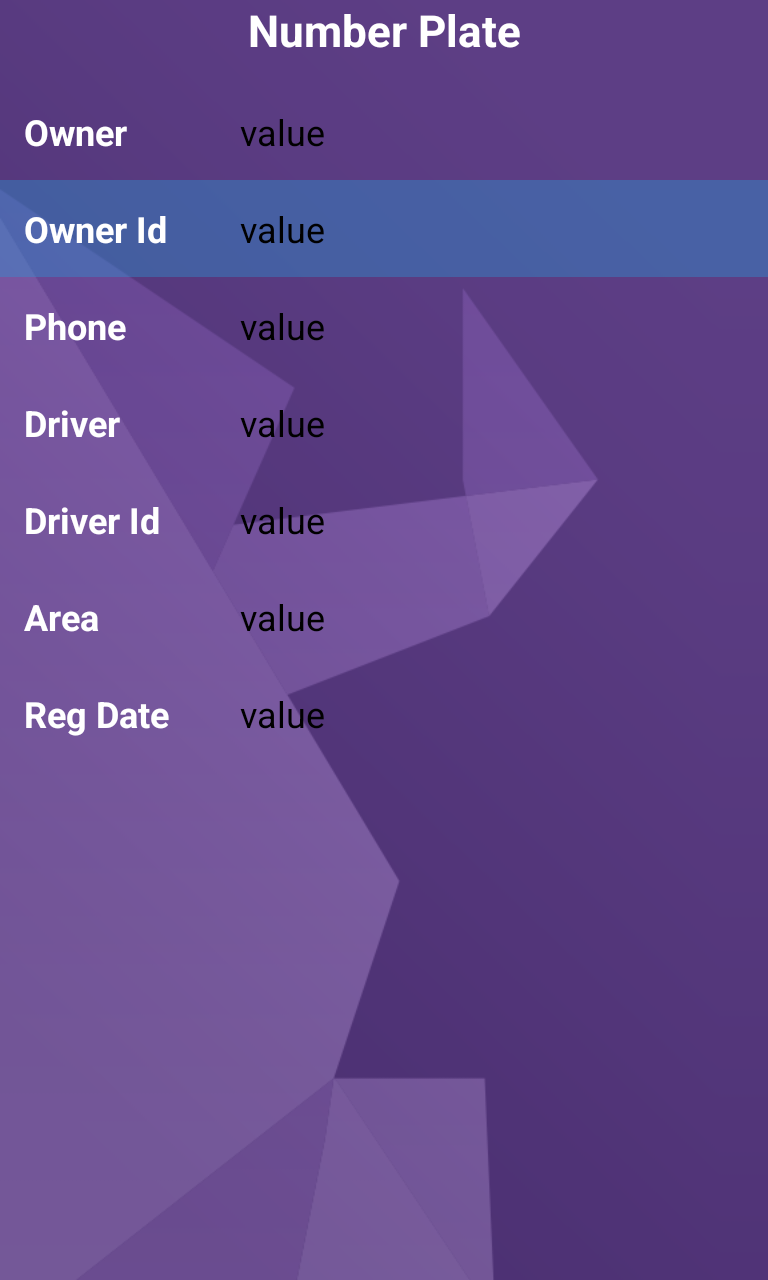
Repository: walteranyika/personal
Layout: PikiPiki/res/layout/activity_details.xml
These files come from the project's save history. The layout is drawn as it stood at one moment and after the next save; the edit follows.
It is drawn on a 768 x 1280 px phone screen (xhdpi) without system bars, with theme AppTheme; the app's code is not run.

Above is the layout before, as saved 2015-11-07 05:36:22.

After the next save:
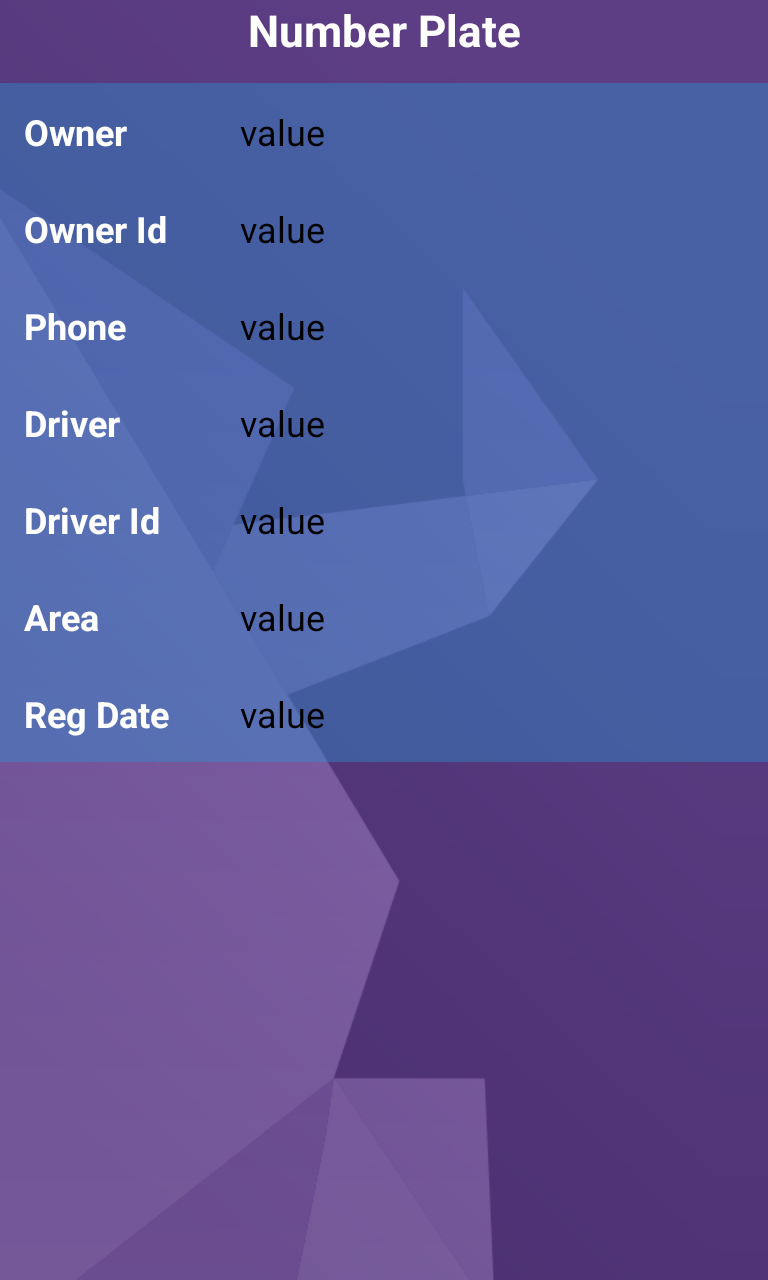
Saved 61 s later.
--- a/PikiPiki/res/layout/activity_details.xml
+++ b/PikiPiki/res/layout/activity_details.xml
@@ -58,6 +58,7 @@
     </LinearLayout>
 
     <LinearLayout
+         android:background="#652a96d5"
         android:padding="12dp"
         android:id="@+id/LinearLayout02"
         android:layout_width="fill_parent"
@@ -86,6 +87,7 @@
     </LinearLayout>
 
     <LinearLayout
+         android:background="#652a96d5"
         android:padding="12dp"
         android:id="@+id/LinearLayout03"
         android:layout_width="fill_parent"
@@ -114,6 +116,7 @@
     </LinearLayout>
 
     <LinearLayout
+         android:background="#652a96d5"
         android:padding="12dp"
         android:id="@+id/LinearLayout04"
         android:layout_width="fill_parent"
@@ -142,6 +145,7 @@
     </LinearLayout>
 
     <LinearLayout
+         android:background="#652a96d5"
         android:padding="12dp"
         android:id="@+id/LinearLayout05"
         android:layout_width="fill_parent"
@@ -170,6 +174,7 @@
     </LinearLayout>
 
     <LinearLayout
+         android:background="#652a96d5"
         android:padding="12dp"
         android:id="@+id/LinearLayout06"
         android:layout_width="fill_parent"
@@ -198,6 +203,7 @@
     </LinearLayout>
 
     <LinearLayout
+         android:background="#652a96d5"
         android:padding="12dp"
         android:id="@+id/linearLayout1"
         android:layout_width="fill_parent"
